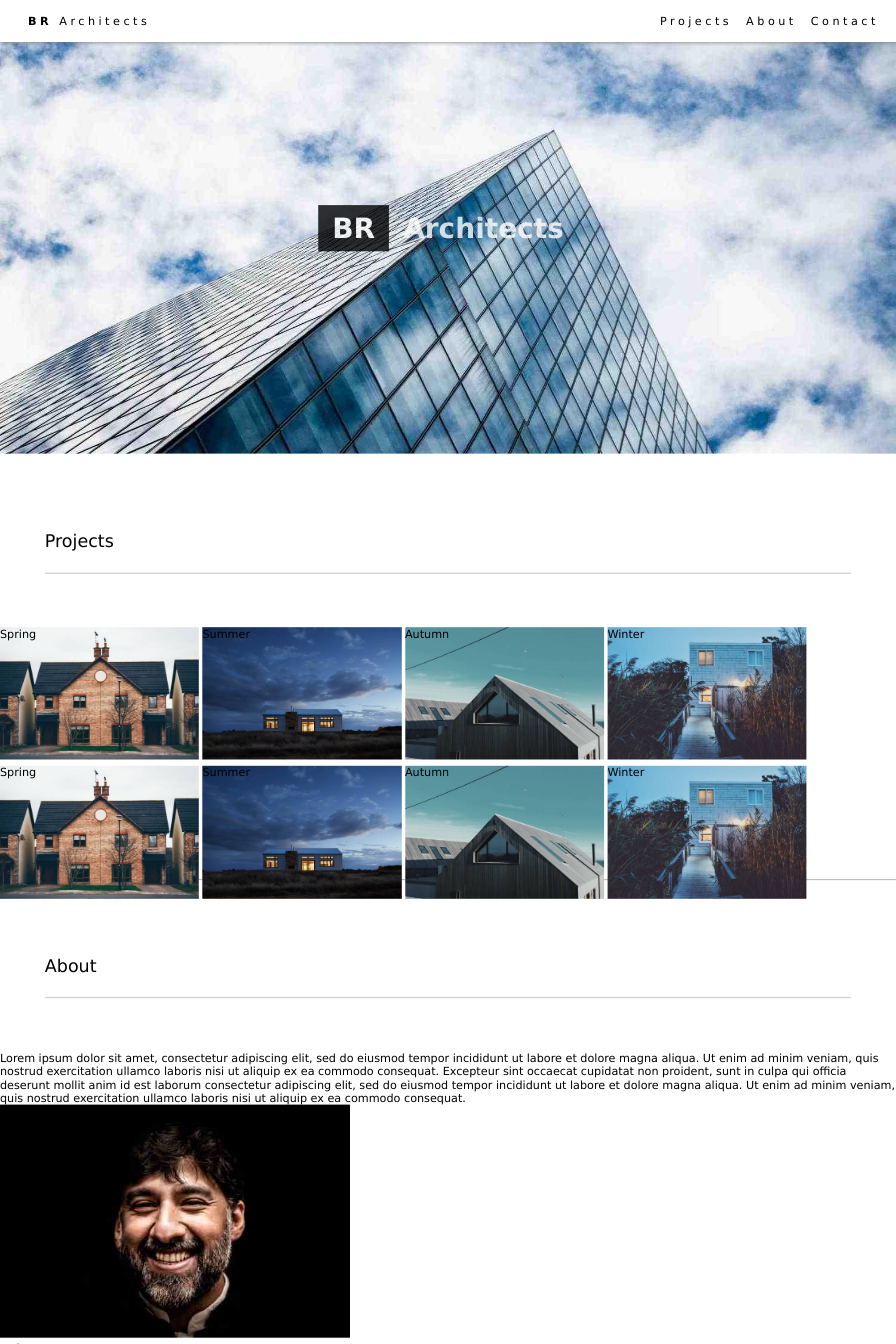
Repository: hesshess/clonecoding-assignment
Page: 2-ba-architects/template2.html
An editor plug-in stored every save of this project. The page is shown before and after the next save, followed by the edit.
The browser window is 1280 px wide. The pictures show the part of the page from y = 0 to 1920 px (the page is 4637 px tall), at 70% of full size.

Above is the page before, as saved 2022-03-15 20:01:11.

### 2-ba-architects/template2.html
<!DOCTYPE html>
<html>
  <head>
    <title>이젠-풀스택-클론코딩2</title>
    <meta charset="UTF-8" />
    <meta name="viewport" content="width=device-width, initial-scale=1" />
    <link rel="stylesheet" href="template2.css" />
  </head>
  <body>
    <!-- Navbar (sit on top) -->
    <nav id="navbar">
      <div class="navbar__logo">
        <a href="#home" class="bar-item"><b>BR</b> Architects</a>
      </div>
      <!-- Right-sided navbar links. Hide them on small screens -->
      <div class="navbar__menu">
        <a href="#projects" class="bar-item">Projects</a>
        <a href="#about" class="bar-item">About</a>
        <a href="#contact" class="bar-item">Contact</a>
      </div>
    </nav>

    <header id="home">
      <img src="./img/architect.jpg" alt="Architect" style=/>
      <h1><span class="br">BR</span><span class="arc">Architects</span></h1>
    </header>

    <content>
      <!-- About Section -->
      <section id="projects">
        <div class="title-box">
          <h3>Projects</h3>
        </div>
        <div class="list-box">
          <div class="houses">
            <img src="./img/house2.jpg" alt="house" />
            <div class="house__name">Spring</div>
          </div>
          <div class="houses">
            <img src="./img/house3.jpg" alt="house" />
            <div class="house__name">Summer</div>
          </div>
          <div class="houses">
            <img src="./img/house4.jpg" alt="house" />
            <div class="house__name">Autumn</div>
          </div>
          <div class="houses">
            <img src="./img/house5.jpg" alt="house" />
            <div class="house__name">Winter</div>
          </div>
          <div class="houses">
            <img src="./img/house2.jpg" alt="house" />
            <div class="house__name">Spring</div>
          </div>
          <div class="houses">
            <img src="./img/house3.jpg" alt="house" />
            <div class="house__name">Summer</div>
          </div>
          <div class="houses">
            <img src="./img/house4.jpg" alt="house" />
            <div class="house__name">Autumn</div>
          </div>
          <div class="houses">
            <img src="./img/house5.jpg" alt="house" />
            <div class="house__name">Winter</div>
          </div>
        </div>
      </section>

      <hr />

      <!-- Menu Section -->
      <section id="about">
        <div class="title-box">
          <h3>About</h3>
        </div>
        <p>
          Lorem ipsum dolor sit amet, consectetur adipiscing elit, sed do
          eiusmod tempor incididunt ut labore et dolore magna aliqua. Ut enim ad
          minim veniam, quis nostrud exercitation ullamco laboris nisi ut
          aliquip ex ea commodo consequat. Excepteur sint occaecat cupidatat non
          proident, sunt in culpa qui officia deserunt mollit anim id est
          laborum consectetur adipiscing elit, sed do eiusmod tempor incididunt
          ut labore et dolore magna aliqua. Ut enim ad minim veniam, quis
          nostrud exercitation ullamco laboris nisi ut aliquip ex ea commodo
          consequat.
        </p>
        <div class="team-box">
          <div class="team-mem">
            <img src="./img/team2.jpg" alt="John" />
            <h3>John Doe</h3>
            <p>CEO & Founder</p>
            <p>
              Phasellus eget enim eu lectus faucibus vestibulum. Suspendisse
              sodales pellentesque elementum.
            </p>
            <p><button>Contact</button></p>
          </div>
          <div class="team-mem">
            <img src="./img/team1.jpg" alt="Jane" />
            <h3>Jane Doe</h3>
            <p>Architect</p>
            <p>
              Phasellus eget enim eu lectus faucibus vestibulum. Suspendisse
              sodales pellentesque elementum.
            </p>
            <p><button>Contact</button></p>
          </div>
          <div class="team-mem">
            <img src="./img/team3.jpg" alt="Mike" />
            <h3>Mike Ross</h3>
            <p>Architect</p>
            <p>
              Phasellus eget enim eu lectus faucibus vestibulum. Suspendisse
              sodales pellentesque elementum.
            </p>
            <p><button>Contact</button></p>
          </div>
          <div class="team-mem">
            <img src="./img/team4.jpg" alt="Dan" />
            <h3>Dan Star</h3>
            <p>Architect</p>
            <p>
              Phasellus eget enim eu lectus faucibus vestibulum. Suspendisse
              sodales pellentesque elementum.
            </p>
            <p><button>Contact</button></p>
          </div>
        </div>
      </section>

      <hr />

      <!-- Contact Section -->
      <section id="contact">
        <h3>Contact</h3>
        <p>Lets get in touch and talk about your next project.</p>
        <form>
          <input type="text" placeholder="Name" required name="Name" />
          <input type="text" placeholder="Email" required name="Email" />
          <input type="text" placeholder="Subject" required name="Subject" />
          <input type="text" placeholder="Comment" required name="Comment" />
          <button type="submit"><i></i> SEND MESSAGE</button>
        </form>
      </section>
      <section class="map">
        <img src="./img/map.jpg" />
      </section>

      <!-- End page content -->
    </content>
    <!-- Footer -->
    <footer>
      <p>
        Powered by
        <a
          href="https://www.w3schools.com/w3css/default.asp"
          title="W3.CSS"
          target="_blank"
          class="w3-hover-text-green"
          >w3.css</a
        >
      </p>
    </footer>
  </body>
</html>

### 2-ba-architects/template2.css
* {
  margin: 0;
  box-sizing: border-box;
}

body {
  width: 100%;
  height: 100%;
  font-family: Verdana, sans-serif;
}

h1 {
  font-size: 40px;
}
h2 {
  font-size: 30px;
}
h3 {
  font-size: 25px;
  font-weight: 100;
}
h4 {
  font-size: 20px;
}
h5 {
  font-size: 15px;
}
h6 {
  font-size: 10px;
}
img {
  max-width: 100%;
}

#navbar {
  width: 100%;
  height: 3%;
  background-color: white;
  display: flex;
  justify-content: space-between;
  align-items: center;
  position: fixed;
  letter-spacing: 5px;
  box-shadow: 0px 2px 6px grey;
  z-index: 3;
  padding: 30px;
}
.navbar__logo {
  padding: 0;
}
.navbar__menu {
  width: 26%;
  display: flex;
  justify-content: space-around;
  padding-right: 20px;
}
a {
  padding: 10px;
  text-decoration: none;
  color: black;
}
a:hover {
  background-color: lightgray;
  border-radius: 1px;
}

header {
  position: relative;
  display: block;
}
header > img {
  width: 100%;
  height: 90vh;
}
header span {
  padding: 10px 20px;
}
header span.br {
  padding: 10px 20px;
  background: black;
}

header h1 {
  position: absolute;
  top: 50%;
  left: 50%;
  transform: translate(-50%, -50%);
  color: white;
  opacity: 0.8;
}

input {
  border: none;
  width: 100%;
  padding: 15px;
  font-family: inherit;
  border-bottom: 2px solid lightgray;
}
button {
  border: none;
  margin: 30px 0;
}

footer {
  display: flex;
  width: 100%;
  height: 100px;
  justify-content: center;
  align-items: center;
  background: #f1f1f1;
}
section {
  display: flex;
  flex-direction: column;
}
div.title-box {
  display: flex;
  align-items: center;
  width: 100vw;
  height: 20vh;
  margin: 50px 0px;
}
div.title-box h3 {
  margin: auto;
  width: 90%;
  padding: 30px 0;
  border-bottom: 2px solid lightgray;
}
div.list-box {
  display: flex;
  justify-content: center;
  width: 90%;
  display: grid;
  gap: 5px;
  height: 50vh;
  grid-template:
    'box box box box' 1fr
    'box box box box' 1fr / 1fr 1fr 1fr 1fr;
}

div.houses {
  position: relative;
}
div.house__name {
  position: absolute;
  top: 0;
  bottom: 0;
}

After the next save:
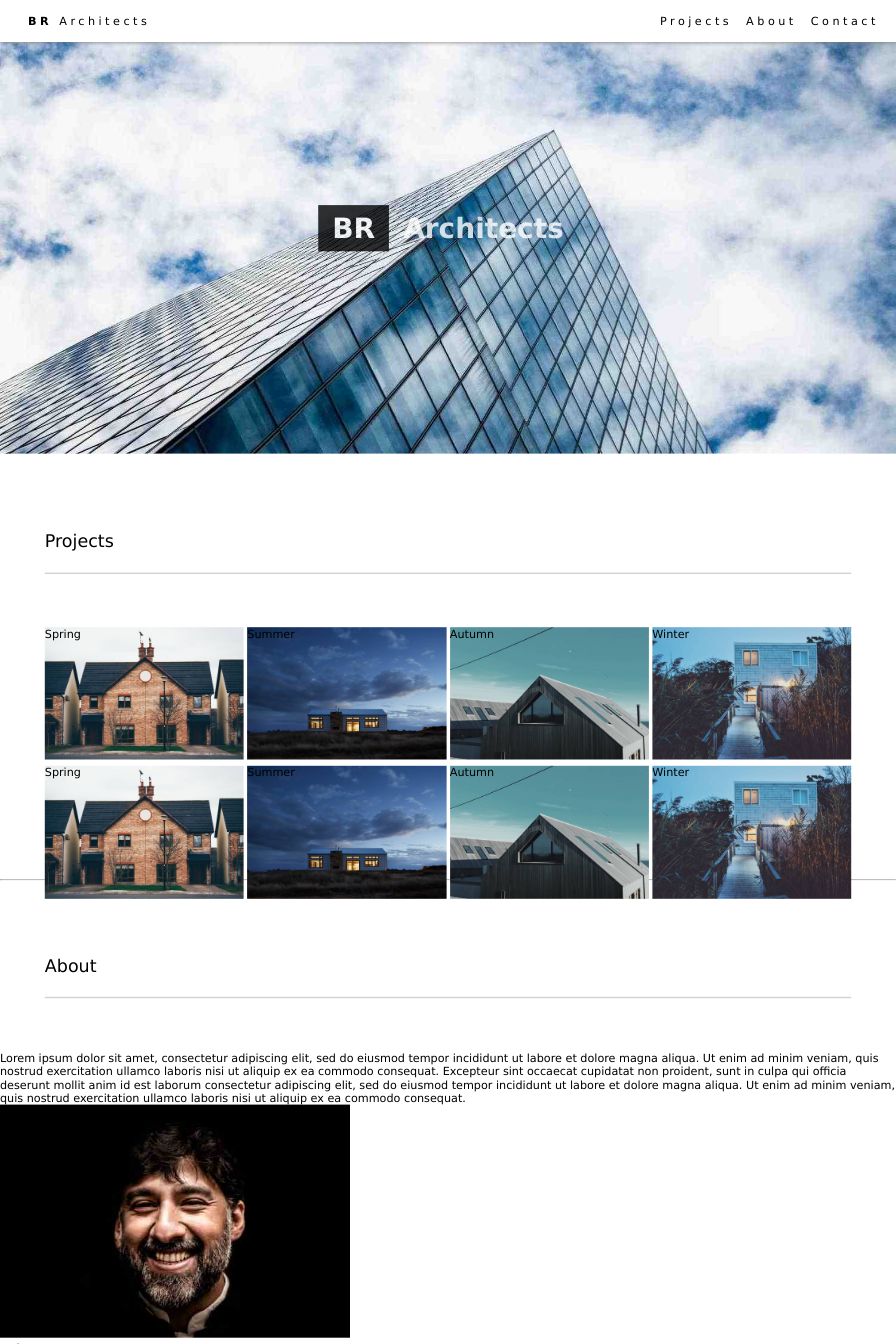
Saved 16 s later.
--- a/2-ba-architects/template2.css
+++ b/2-ba-architects/template2.css
@@ -127,8 +127,7 @@ div.title-box h3 {
   border-bottom: 2px solid lightgray;
 }
 div.list-box {
-  display: flex;
-  justify-content: center;
+  margin: auto;
   width: 90%;
   display: grid;
   gap: 5px;
